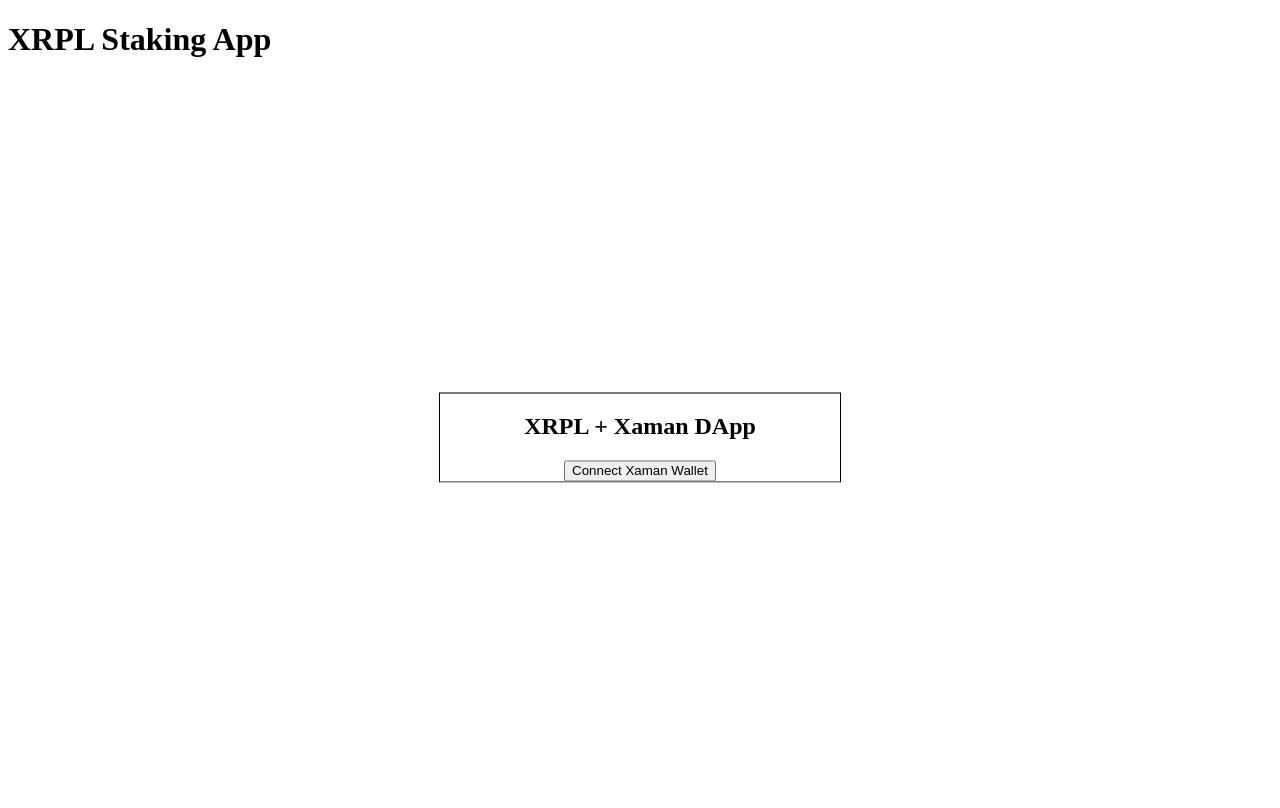
Repository: pbryzek/hackathon-xrpl
Page: / (app in xrpl-dapp/)
These files come from the project's save history. The page is drawn as it stood at one moment and after the next save; the edit follows.
The browser window is 1280 px wide. The pictures show the whole page.
The project was rebuilt for these pictures with package versions that can differ from the ones it lists, and the page was loaded fresh each time.

Above is the page before, as saved 2025-03-14 13:13:30.

### xrpl-dapp/index.html
<!DOCTYPE html>
<html lang="en">
<head>
    <meta charset="UTF-8">
    <meta name="viewport" content="width=device-width, initial-scale=1.0">
    <title>XRPL Dapp</title>
</head>
<body>
    <div id="root"></div>  <!-- ✅ Ensure this exists -->
    <script type="module" src="/src/main.tsx"></script>
</body>
</html>

### xrpl-dapp/src/main.tsx
import React from "react";
import ReactDOM from "react-dom/client";
import App from "./App";
import "./index.css"; // Ensure Tailwind is being loaded!


const rootElement = document.getElementById("root");

if (!rootElement) {
  console.error("🚨 Error: Root container `#root` not found in index.html.");
} else {
  ReactDOM.createRoot(rootElement).render(
    <React.StrictMode>
      <App />
    </React.StrictMode>
  );
}

### xrpl-dapp/src/App.tsx
import React from "react";
import XamanAuth from "./components/XamanAuth"; // Import the authentication component

const App: React.FC = () => {
  return (
    <div>
      <h1>XRPL Staking App</h1>
      <XamanAuth />
    </div>
  );
};

export default App;

### xrpl-dapp/src/index.css
@tailwind base;
@tailwind components;
@tailwind utilities;

@keyframes float {
  0% { transform: translateY(0px); }
  50% { transform: translateY(-10px); }
  100% { transform: translateY(0px); }
}

.floating {
  animation: float 3s ease-in-out infinite;
}

.glass-card {
  background: rgba(255, 255, 255, 0.2);
  backdrop-filter: blur(20px);
  box-shadow: 0px 0px 20px rgba(50, 205, 50, 0.5);
  border: 1px solid rgba(255, 255, 255, 0.2);
  padding: 20px;
  border-radius: 15px;
  transition: all 0.3s ease-in-out;
}

.glass-card:hover {
  box-shadow: 0px 0px 30px rgba(50, 205, 50, 0.7);
}

### xrpl-dapp/src/components/XamanAuth.tsx
import React, { useState, useEffect } from "react";
import { XummPkce } from "xumm-oauth2-pkce";
import * as xrpl from "xrpl";

const xumm = new XummPkce("bedfb834-633e-4443-9dcc-eebf2bfd9562",
  "http://localhost:5173",
);

const XamanAuth: React.FC = () => {
  const [account, setAccount] = useState<string | null>(null);
  const [balance, setBalance] = useState<string | null>(null);
  const [isLoading, setIsLoading] = useState<boolean>(false);

  useEffect(() => {
    const storedAccount = localStorage.getItem("xrplAccount");
    if (storedAccount) {
      setAccount(storedAccount);
      fetchBalance(storedAccount);
    }
  }, []);

  const connectWallet = async () => {
    setIsLoading(true);
    try {
      await xumm.authorize();
      const state = await xumm.state();

      if (!state) {
        throw new Error("Xumm state is undefined!");
      }

      const userAccount = state?.me?.account ?? null;
      if (!userAccount) {
        throw new Error("Failed to retrieve XRPL account from Xumm.");
      }

      setAccount(userAccount);
      localStorage.setItem("xrplAccount", userAccount);
      fetchBalance(userAccount);
    } catch (error) {
      console.error("Xumm authentication failed:", error);
    } finally {
      setIsLoading(false);
    }
  };

  const fetchBalance = async (walletAddress: string) => {
    try {
      const client = new xrpl.Client("wss://s.altnet.rippletest.net/");
      await client.connect();
      const response = await client.request({
        command: "account_info",
        account: walletAddress,
        ledger_index: "validated",
      });
      const xrpBalance = xrpl.dropsToXrp(response.result.account_data.Balance);
      setBalance(xrpBalance.toString());
      client.disconnect();
    } catch (error) {
      console.error("Error fetching balance:", error);
    }
  };

  return (
    <div className="flex justify-center items-center h-screen bg-background">
      <div className="floating backdrop-blur-glass bg-white/30 p-6 rounded-2xl shadow-glow text-center w-[400px] border border-white/40">
        <h2 className="text-2xl font-semibold text-primary mb-4">XRPL + Xaman DApp</h2>

        {!account ? (
          <button
            onClick={connectWallet}
            disabled={isLoading}
            className="bg-secondary text-white px-5 py-2 rounded-lg hover:bg-opacity-80 transition"
          >
            {isLoading ? "Connecting..." : "Connect Xaman Wallet"}
          </button>
        ) : (
          <>
            <p className="text-lg text-white/90 mb-2">Connected Wallet:</p>
            <p className="text-white text-lg font-bold">{account}</p>
            <p className="text-sm text-white/70 mt-2">Balance: {balance} XRP</p>
          </>
        )}
      </div>
    </div>
  );
};

export default XamanAuth;

After the next save:
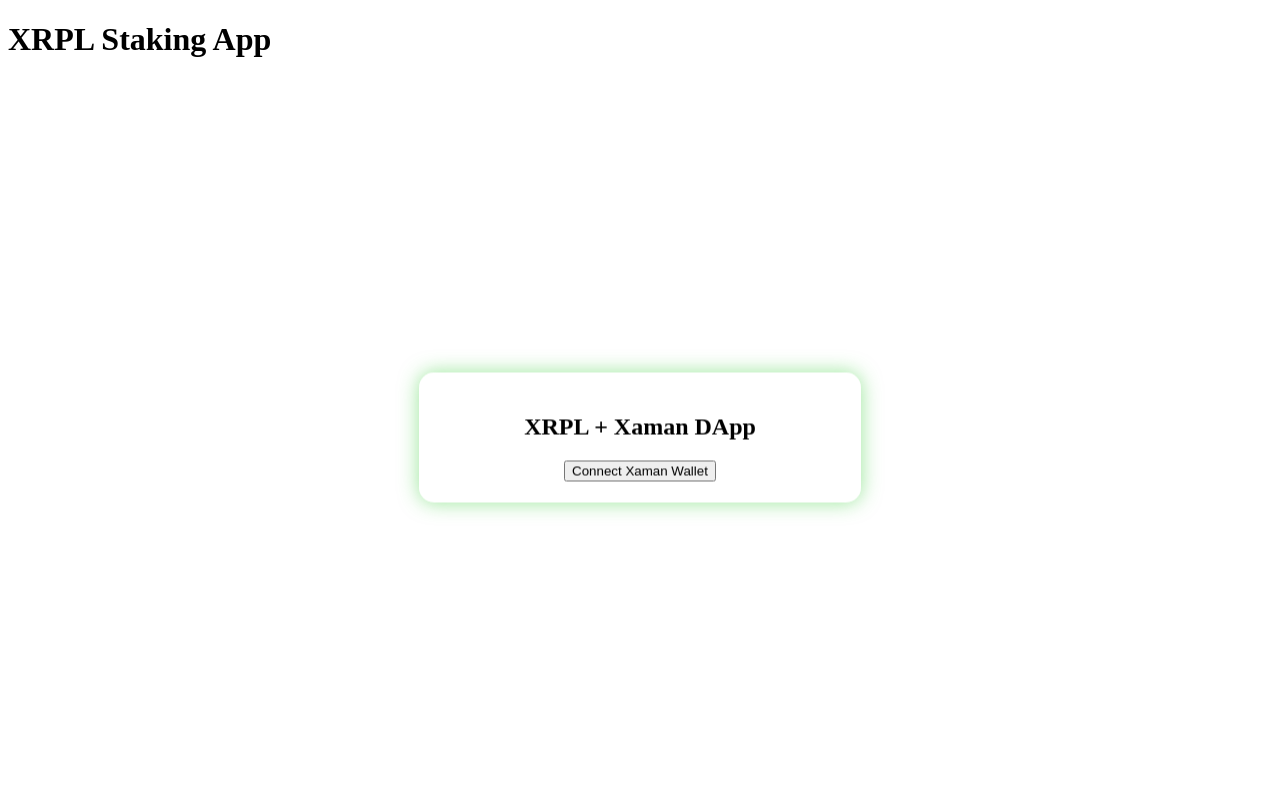
Saved 27 s later.
--- a/xrpl-dapp/src/components/XamanAuth.tsx
+++ b/xrpl-dapp/src/components/XamanAuth.tsx
@@ -2,9 +2,10 @@
 import { XummPkce } from "xumm-oauth2-pkce";
 import * as xrpl from "xrpl";
 
-const xumm = new XummPkce("bedfb834-633e-4443-9dcc-eebf2bfd9562",
-  "http://localhost:5173",
-);
+const xumm = new XummPkce({
+  apiKey: "bedfb834-633e-4443-9dcc-eebf2bfd9562",
+  redirectUri: "http://localhost:5173",
+});
 
 const XamanAuth: React.FC = () => {
   const [account, setAccount] = useState<string | null>(null);
@@ -63,7 +64,7 @@
 
   return (
     <div className="flex justify-center items-center h-screen bg-background">
-      <div className="floating backdrop-blur-glass bg-white/30 p-6 rounded-2xl shadow-glow text-center w-[400px] border border-white/40">
+      <div className="floating glass-card text-center w-[400px]">
         <h2 className="text-2xl font-semibold text-primary mb-4">XRPL + Xaman DApp</h2>
 
         {!account ? (
